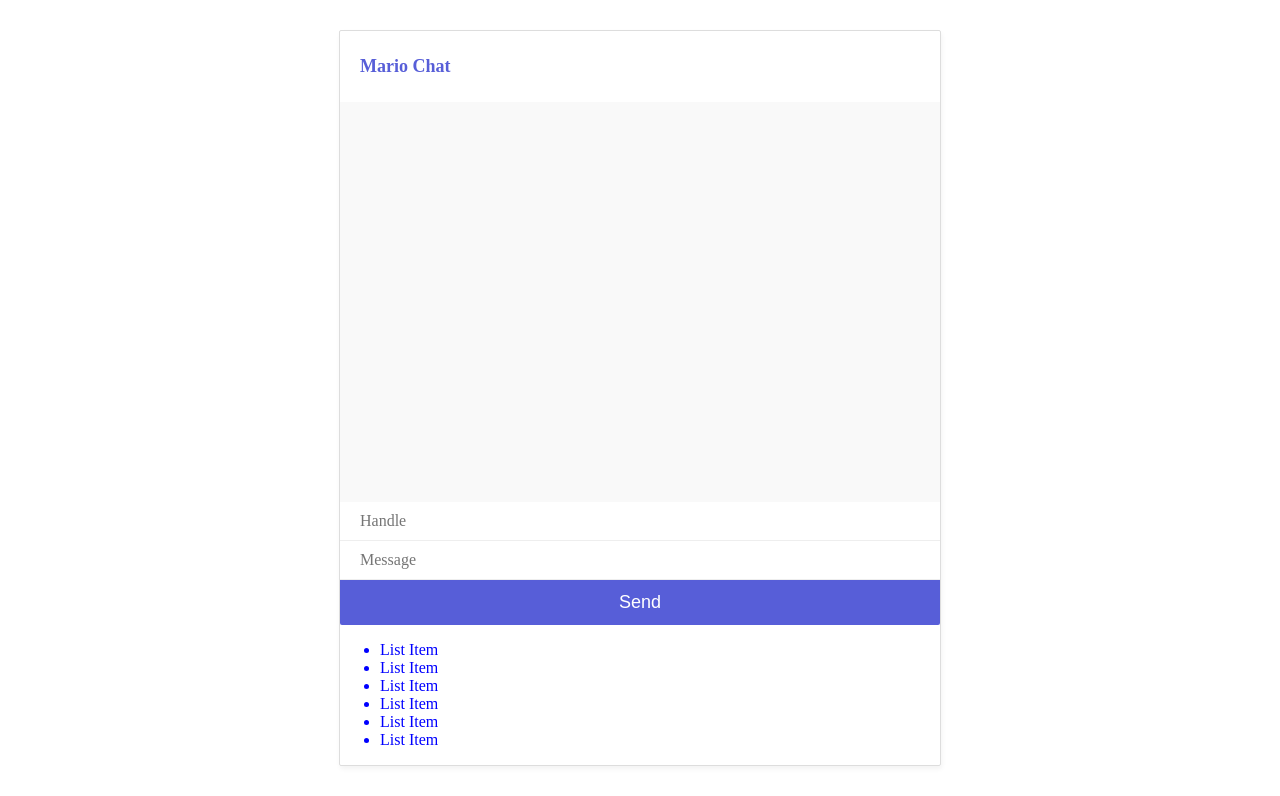
Repository: Promethees/websockets-playlist
Page: public/index.html
An editor plug-in stored every save of this project. The page is shown before and after the next save, followed by the edit.
The browser window is 1280 px wide. The pictures show the whole page.
The page's requests for data from a server got no answer. Some web libraries are served in a nearby version.

Above is the page before, as saved 2020-09-03 08:57:42.

### public/index.html
<!DOCTYPE html>
<html>
    <head>
        <meta charset="utf-8">
        <title>WebScockets 101</title>
        <script src="https://cdnjs.cloudflare.com/ajax/libs/socket.io/2.3.0/socket.io.js"></script>
        <script src="https://code.jquery.com/jquery-3.5.1.min.js"></script>
        <link href="./style.css" rel="stylesheet" type = "text/css" />
    </head>
    <body>
        <div id="mario-chat">
            <h2>Mario Chat</h2>
            <div id="chat-window">
                <div id="output"></div>
                <div id="feedback"></div><!-- <display "typing .... message"> -->

            </div>
            <input id="handle" type="text" placeholder="Handle" />
            <input id="message" type="text" placeholder="Message" />
            <button id="send">Send</button>
            <ul id = "list">
                <li>List Item</li>
                <li>List Item</li>
                <li>List Item</li>
                <li>List Item</li>
                <li>List Item</li>
                <li>List Item</li>
            </ul>
        </div>
        <script>
            //$('h2').hide();
            //$('div').hide();
            //$('#message').css('color','blue');
            $('ul#list li').css('color','blue');
        </script>
    </body>
    <script src="/chat.js"></script>
</html>

### public/style.css
body{
    font-family: 'Nunito';
}

h2{
    font-size: 18px;
    padding: 10px 20px;
    color: #575ed8;
}

#mario-chat{
    max-width: 600px;
    margin: 30px auto;
    border: 1px solid #ddd;
    box-shadow: 1px 3px 5px rgba(0,0,0,0.05);
    border-radius: 2px;
}

#chat-window{
    height: 400px;
    overflow: auto;
    background: #f9f9f9;
}

#output p{
    padding: 14px 0px;
    margin: 0 20px;
    border-bottom: 1px solid #e9e9e9;
    color: #555;
}

#feedback p{
    color: #aaa;
    padding: 14px 0px;
    margin: 0 20px;
}

#output strong{
    color: #575ed8;
}

label{
    box-sizing: border-box;
    display: block;
    padding: 10px 20px;
}

input{
    padding: 10px 20px;
    box-sizing: border-box;
    background: #eee;
    border: 0;
    display: block;
    width: 100%;
    background: #fff;
    border-bottom: 1px solid #eee;
    font-family: Nunito;
    font-size: 16px;
}

button{
    background: #575ed8;
    color: #fff;
    font-size: 18px;
    border: 0;
    padding: 12px 0;
    width: 100%;
    border-radius: 0 0 2px 2px;
}

### public/chat.js
// Make connection
//var socket = io.connect('http://localhost:4000');
//var socket = io.connect('https://chatboj.herokuapp.com/');
var socket = io.connect('/');

// Query DOM
var message = document.getElementById('message'),
      handle = document.getElementById('handle'),
      btn = document.getElementById('send'),
      output = document.getElementById('output');
    feedback = document.getElementById('feedback');

// Emit events (see the index.js to know how it handle)
btn.addEventListener('click', function(){
  socket.emit('chat', {
      message: message.value,
      handle: handle.value
  });
  message.value = "";
});

message.addEventListener('keypress',function() {
    socket.emit('typing',handle.value);
});

// Listen for events (retrieve event from the server)
socket.on('chat', function(data){
    feedback.innerHTML = ""; //Clear the typing queue while have submitted the message
    //Modify the message in HTMLs
    output.innerHTML += '<p><strong>' + data.handle + ': </strong>' + data.message + '</p>';
});

socket.on('typing',function(data) {
    // the data here is the handle.value (since the action is 'typing')
    feedback.innerHTML = '<p><em>'+data+'is typing message...'+'</em></p>';
});

After the next save:
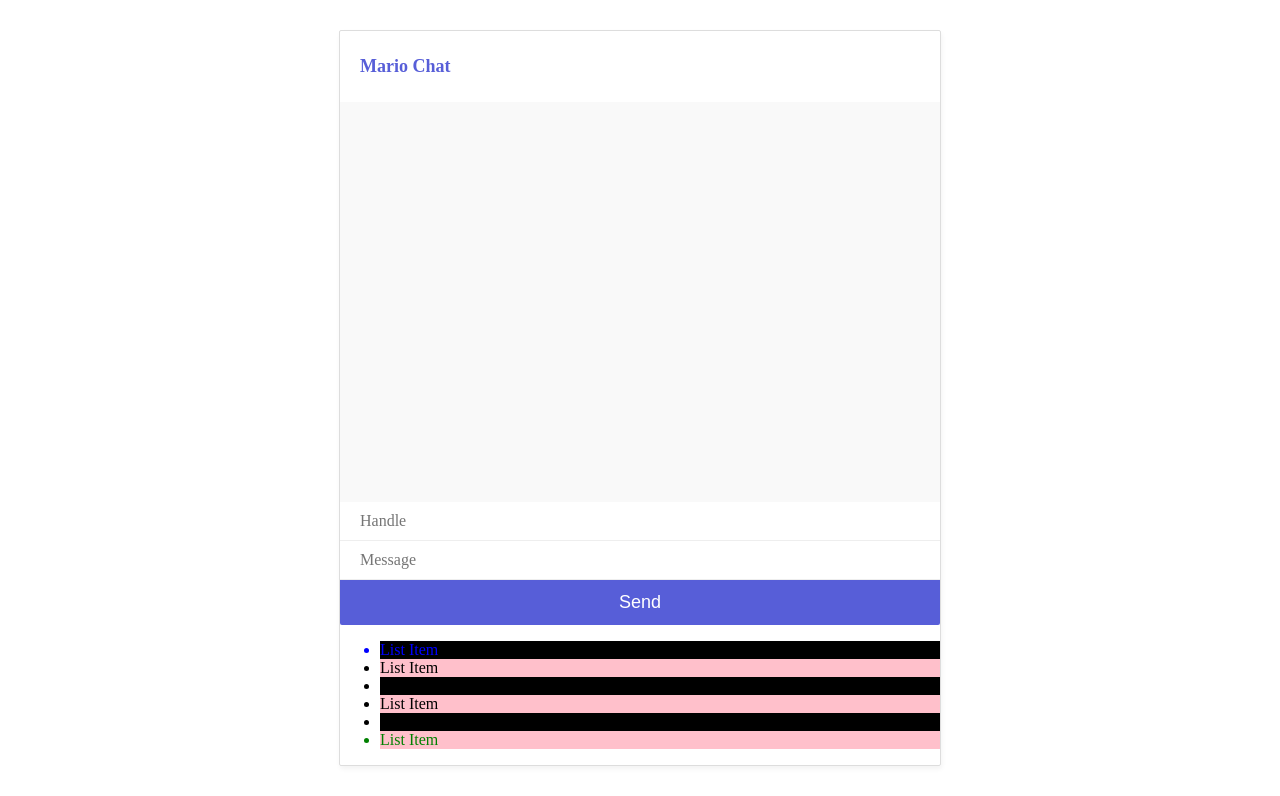
Saved 97 s later.
--- a/public/index.html
+++ b/public/index.html
@@ -31,8 +31,12 @@
             //$('h2').hide();
             //$('div').hide();
             //$('#message').css('color','blue');
-            $('ul#list li').css('color','blue');
-        </script>
+            $('ul#list li:first').css('color','blue');
+            $('ul#list li:last').css('color','green');
+            $('ul#list li:odd').css('background-color','pink');
+            $('ul#list li:even').css('background-color','black');
+
+</script>
     </body>
     <script src="/chat.js"></script>
 </html>
